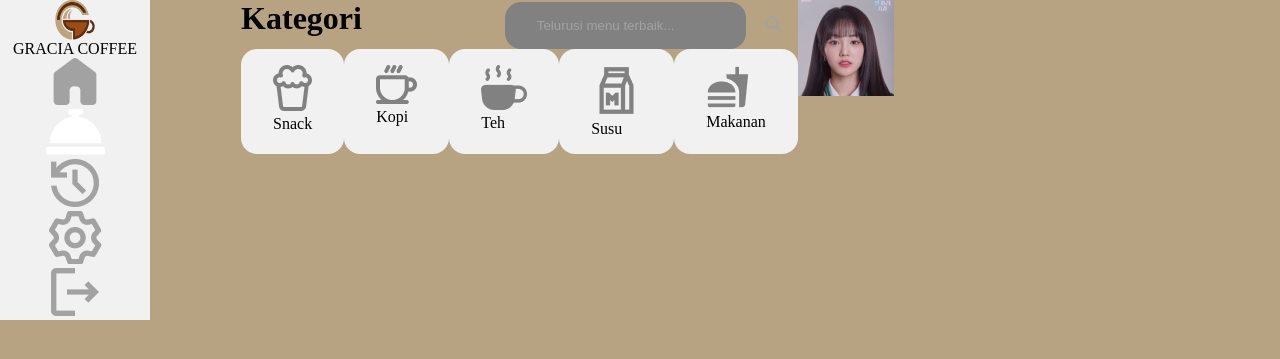
Repository: DanielChuaaa/sbd2
Page: index.html
An editor plug-in stored every save of this project. The page is shown before and after the next save, followed by the edit.
The browser window is 1280 px wide. The pictures show the whole page.
Some web libraries are served in a nearby version.

Above is the page before, as saved 2023-10-20 10:49:16.

### index.html
<!DOCTYPE html>
<html lang="en">
<head>
    <meta charset="UTF-8">
    <meta name="viewport" content="width=device-width, initial-scale=1.0">
    <title>Document</title>
    <link href="https://fonts.googleapis.com/css2?family=Roboto+Mono:wght@400;600;700&display=swap" rel="stylesheet" />
    <link
      rel="stylesheet"
      href="https://cdnjs.cloudflare.com/ajax/libs/font-awesome/6.1.2/css/all.min.css"
      integrity="sha512-1sCRPdkRXhBV2PBLUdRb4tMg1w2YPf37qatUFeS7zlBy7jJI8Lf4VHwWfZZfpXtYSLy85pkm9GaYVYMfw5BC1A=="
      crossorigin="anonymous"
      referrerpolicy="no-referrer"
    />
    <link rel="stylesheet" href="style.css">
</head>
<body>
    <div class="container">
        <div class="grid-wrapper">
            <div class="icon">
                <img src="/assets/logo projek SBD 1.png" width="40px" height="40px" alt="logo">
                <p>GRACIA COFFEE</p>
                <a href="#"><img src="./assets/home.png" alt="home"></a>
                <a href="#"><img src="./assets/menu.png" alt="menu"></a>
                <a href="#"><img src="./assets/history.png" alt="history"></a>
                <a href="#"><img src="./assets/setting.png" alt="setting"></a>

                <a href="#"><img src="./assets/logout.png" alt="logout"></a>
            </div>

            <div class="content">
                <div class="nav">
                    <h1>Kategori</h1>
                    <div class="inputWrapper">
                        <input type="text" name="text" id="text" class="input" placeholder="Telurusi menu terbaik...">
                        <i class="fa-solid fa-magnifying-glass"></i>
                    </div>
                </div>

                <div class="menu">
                    <div class="iconMenu"><a href="#"><img src="./assets/popcorn.png" alt="popcorn"></a>
                        <p>Snack</p>
                    </div>
                    <div class="iconMenu"><a href="#"><img src="./assets/kopi.png" alt="kopi"></a>
                        <p>Kopi</p>
                    </div>
                    <div class="iconMenu"><a href="#"><img src="./assets/teh.png" alt="teh"></a>
                        <p>Teh</p>
                    </div>
                    <div class="iconMenu"><a href="#"><img src="./assets/susu.png" alt="susu"></a>
                        <p>Susu</p>
                    </div>
                    <div class="iconMenu"><a href="#"><img src="./assets/makanan.png" alt="makanan"></a>
                        <p>Makanan</p>
                    </div>
                </div>
            </div>

            <div class="order">
                <img src="/assets/g_8___8_idola_cantik_berbakat_alumni_sm_entertainment_yang_sudah_debut_di_girlgroup_agensi_lain_p_eks_sm_trainee-20220408-001-non_fotografer_kly 1.png" alt="">
            </div>
        </div>
    </div>
</body>
</html>

### style.css
:root{
    --clr-primary-100: #B7A281;

    --clr-neutral-100: #818181;
    --clr-neutral-200: #A2A2A2;
    --clr-neutral-300: #D9D9D9;
    --clr-neutral-400: #F8F8F8;
    --clr-neutral-500:  #f1f1f1;

    --ff: "Roboto Mono", monospace;

    --fw-regular: 400;
    --fw-semi-bold: 600;
    --fw-bold: 700;
}

*{
    box-sizing: border-box;
    margin: 0;
    padding: 0;
}

body{
    background-color: #B7A281;
}

.grid-wrapper{
    display: grid;
    grid-template-columns: 0.5fr auto 1fr;
}

.icon{
    background: var(--clr-neutral-500);

    display: flex;
    flex-direction: column;

    align-items: center;
    max-width: 150px;
}

.fa-solid{
    color: var(--clr-neutral-200);
    padding: 1rem;
}


/* content */

.nav{
    display: flex;
    justify-content: space-between;
}

.input{
    background: var(--clr-neutral-100);

    border: none;
    padding: 1rem 2rem;
    border-radius: 1rem;

}

::placeholder{
    color: var(--clr-neutral-200);
}

.menu{
    display: flex;

}

.iconMenu{
    background: var(--clr-neutral-500);

    padding: 1rem 2rem;
    border-radius: 1rem;
}

After the next save:
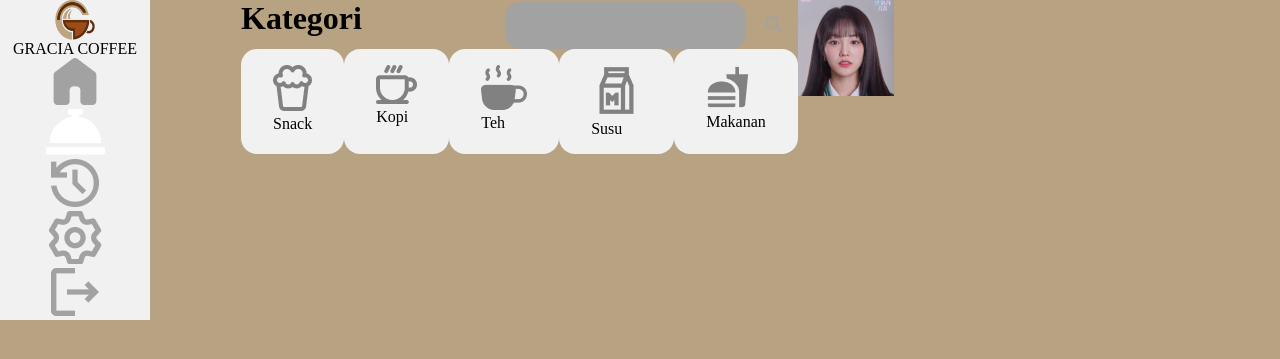
Saved 22 s later.
--- a/style.css
+++ b/style.css
@@ -53,7 +53,7 @@ body{
 }
 
 .input{
-    background: var(--clr-neutral-100);
+    background: var(--clr-neutral-200);
 
     border: none;
     padding: 1rem 2rem;
